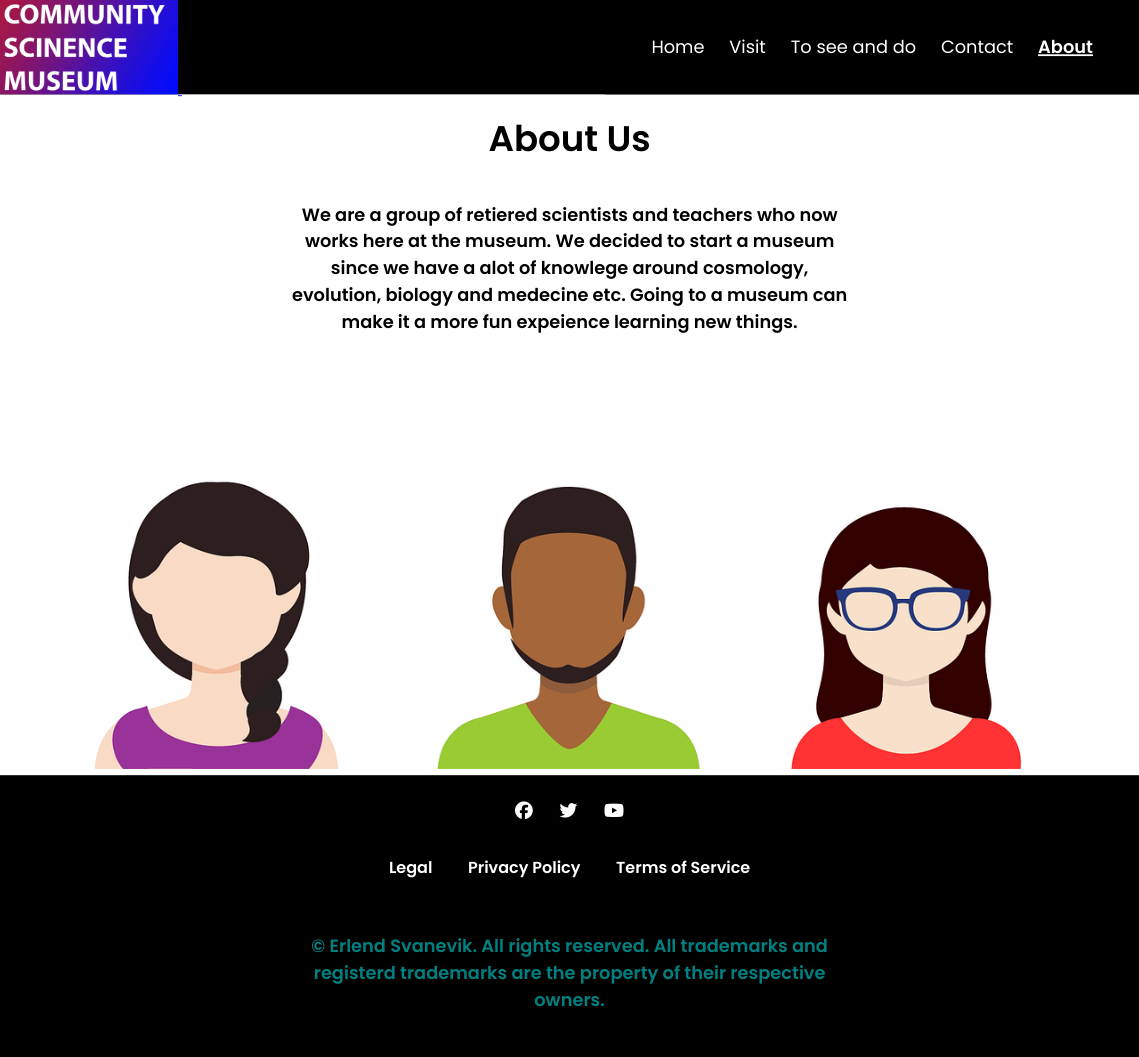
Repository: EpleWasTaken/Semester-Project
Page: about.html
The author's editor kept a copy of each file at every save. The page is drawn from the files as they stood at one save, then again after the next save.
The browser window is 1280 px wide. The pictures show the whole page, at 89% of full size.
Some web libraries are served in a nearby version.

Above is the page before, as saved 2020-12-12 13:20:21.

### about.html
<!DOCTYPE html>
<html lang="en">
<head>
    <meta charset="UTF-8">
    <meta name="viewport" content="width=device-width, initial-scale=1.0">
    <meta name="keywords" content="museum, science museum, community museum">
    <meta name="author" content="Erlend Molvik Svanevik">
    <title>CMS About</title>

    <link rel="preconnect" href="https://fonts.gstatic.com">
    <link href="https://fonts.googleapis.com/css2?family=Poppins:ital,wght@0,100;0,200;0,300;0,400;0,500;0,600;1,100;1,200;1,300;1,400;1,500;1,600&display=swap" rel="stylesheet">
    <link rel="stylesheet" href="./css/styles.css">
    <link rel="stylesheet" href="./css/footer.css">
    <link rel="stylesheet" href="/css/hamburger.css">
    <script src="https://kit.fontawesome.com/cafca22d75.js" crossorigin="anonymous"></script>
</head>


<!--NAVIGAION, LOGO AND SEARCH BAR-->


<body>
    <header>
        <a href="index.html" aria-label="Go to frontpage">
            <img src="/Images/CommunityScienceMuseum.jpg" class="logo" alt="Community Science Museum logo">
        </a>
        <label class="hamburger-label" for="hamburger-menu" aria-label="Hamburger menu for navigation"><i class="fas fa-bars fa-2x"></i></label>
        <input type="checkbox" id="hamburger-menu">
        <nav>
            <ul class="nav">
                <li><a href="index.html" aria-label="Go to home page">Home</a></li>
                <li><a href="visit.html" aria-label="Go to the visit page">Visit</a></li>
                <li><a href="to-see-and-do.html" aria-label="Go to: To see and do">To see and do</a></li>
                <li><a href="contact.html" aria-label="Go to the contact page">Contact</a></li>
                <li><a href="about.html" aria-label="Go to the about page" class="active">About</a></li>
            </ul>
        </nav>
    </header>


<!--CONTENT-->


<main>
    <div class="about-container">
        <div class="about-page">
            <h2>About Us</h2>
            <p>We are a group of retiered scientists and teachers who now works here at the museum.
            We decided to start a museum since we have a alot of knowlege around cosmology, evolution, biology and medecine etc.
            Going to a museum can make it a more fun expeience learning new things.</p>
        </div>
    </div>
    <img src="./Images/Avatar2.png">
</main>


<!--FOOTER, TOS/LEGAL/PRIVACY-POLICY AND SOCIALS-->


    <footer class="footer">
        <div class="footer-container">
            <ul class="footer-social">
                <li>
                    <a href="#0" class="facebook"><i class="fab fa-facebook"></i></a>
                </li>
                <li>
                    <a href="#0" class="twitter"><i class="fab fa-twitter"></i></a>
                </li>
                <li>
                    <a href="#0" class="youtube"><i class="fab fa-youtube"></i></a>
                </li>
            </ul>
        </div>
        <div class="footer-container">
            <div class="footer-legal">
                <a href="#0">Legal</a>
                <a href="#0">Privacy Policy</a>
                <a href="#0">Terms of Service</a>
            </div>
            <div class="footer-copyright">
                <p>&copy; Erlend Svanevik. All rights reserved. All trademarks and registerd trademarks are the property of
                   their respective owners.
                </p>
            </div>
        </div>
    </footer>
</body>
</html>

### css/styles.css
* {
	margin: 0px;
	padding: 0px;
	box-sizing: border-box;
}

body {
	font-family: 'poppins', sans-serif;
	background: white;
}

nav {
	background-color: black;
}

header {
	background: black;
	height: 53.13px;
}

.logo {
	max-width: 100px;
}

a.fas.fa-phone,
a.fas.fa-envelope {
	display: flex;
	justify-content: center;
	align-items: center;
	font-size: 30px;
}

.contact-form {
	display: flex;
	flex-direction: column;
	justify-content: center;
	align-items: center;
	margin: auto;
}

.email {
	display: flex;
}

/* NAVIGATION/HAMBURGER MENU/CLICKEBLE
-------------------------------------------*/

/*PICTURES
-----------------------------------------------*/

.homepic,
.space,
.mammoth,
.people,
.science,
.ant {
	width: auto;
	max-width: 100%;
	height: auto;
	margin-bottom: 3vh;
}

/*TEXT/FONT/TEXT ALIGNMENY
--------------------------------------------------*/

h1 {
	display: flex;
	align-items: center;
	justify-content: center;
	margin-left: auto;
	margin-right: auto;
	font-weight: 600;
	font-size: 30px;
	margin: 40px;
	text-align: center;
}

h2 {
	display: flex;
	align-items: center;
	justify-content: center;
	margin-left: auto;
	margin-right: auto;
	font-weight: 600;
	font-size: 25px;
	margin: 40px;
	text-align: center;
}

h3 {
	display: flex;
	align-items: center;
	justify-content: center;
	font-weight: 600;
	font-size: 20px;
	margin: 40px;
	text-align: center;
}

p {
	display: flex;
	align-items: center;
	justify-content: center;
	font-weight: 600;
	font-size: 15px;
	margin: 40px;
	max-width: 70%;
	margin-left: auto;
	margin-right: auto;
	text-align: center;
}

.open-hours p {
	margin: 20px;
	margin-left: auto;
	margin-right: auto;
	align-items: center;
	justify-content: center;
	text-align: center;
}

.contact-container {
	display: flex;
	flex-direction: row;
	align-items: center;
}

.mail {
	display: flex;
	justify-content: center;
	align-items: center;
}

@media screen and (min-width: 1024px) {
	body {
		font-family: 'poppins', sans-serif;
		font-weight: 400;
	}

	header {
		height: 106.25px;
	}

	.logo {
		max-width: 200px;
	}

	.homepic {
		display: flex;
		flex-direction: column;
		justify-content: center;
		align-items: center;
		max-width: 1664px;
		margin-left: auto;
		margin-right: auto;
	}

	h1,
	h2,
	h3,
	p {
		display: flex;
		align-items: center;
		justify-content: center;
	}

	h1 {
		font-size: 60px;
		margin: 40px;
	}

	h2 {
		font-size: 40px;
		margin: 20px;
	}

	h3 {
		font-size: 30px;
		margin: 15px;
	}

	p {
		font-size: 20px;
		margin: 40px;
		max-width: 50%;
		margin-left: auto;
		margin-right: auto;
	}

	.space,
	.mammoth,
	.people,
	.science,
	.ant {
		display: flex;
		left: 0;
		right: 0;
		max-width: 800px;
		justify-content: center;
		align-items: center;
		margin: auto;
		padding: 4vh;
	}
}

### css/footer.css
/* FOOTER */

* {
	padding: 0;
	margin: 0;
	box-sizing: border-box;
}

footer {
	display: flex;
	flex-direction: column;
	justify-content: center;
	align-items: center;
	background-color: black;
	font-family: 'Poppins', sans-serif;
	font-weight: 600;
	padding: 10px;
}

.footer-container {
	display: flex;
	flex-direction: column;
	justify-content: center;
	align-items: center;
}

.footer-social {
	font-size: 35px;
}

.footer-social li a {
	color: white;
}

.footer-legal {
	display: flex;
	flex-direction: column;
	text-decoration: none;
	align-items: center;
	justify-content: center;
	font-size: 20px;
}

.footer-legal a {
	display: flex;
	text-decoration: none;
	flex-direction: row;
	padding: 15px;
}

.footer-social li a.facebook:hover {
	color: #3b5998;
}

.footer-social li a.twitter:hover {
	color: #00acee;
}

.footer-social li a.youtube:hover {
	color: #c4302b;
}

.footer-legal a {
	color: white;
}

.footer-legal a:hover {
	color: #008080;
}

.footer-copyright {
	display: flex;
	flex-direction: column;
	text-decoration: none;
	justify-content: center;
	align-items: center;
	text-align: center;
	font-size: 14px;
	color: #008080;
}

ul {
	list-style: none;
}

@media screen and (min-width: 1024px) {
	.footer-legal {
		display: flex;
		flex-direction: row;
		justify-content: center;
		align-items: center;
		font-size: 18px;
	}

	.footer-legal a {
		display: flex;
		flex-direction: row;
		justify-content: center;
		align-items: center;
		padding: 20px;
	}

	.footer-social {
		display: flex;
		flex-direction: row;
		justify-content: center;
		align-items: center;
		text-decoration: none;
	}

	.footer-container {
		text-decoration: none;
	}

	.footer-social li {
		display: flex;
		flex-direction: row;
		text-decoration: none;
		margin: 15px;
	}
}

### css/hamburger.css
* {
	margin: 0px;
	padding: 0px;
	box-sizing: border-box;
}

nav,
#hamburger-menu {
	display: none;
	z-index: 1;
}

nav ul {
	padding: 0px;
}

nav li {
	display: block;
}

ul a {
	margin: 40px;
	font-size: 20px;
}

nav a {
	text-decoration: none;
	color: white;
	display: block;
	justify-content: center;
	align-items: center;
}

.nav {
	display: block;
	position: absolute;
	justify-content: space-between;
	right: 0;
	width: 50%;
	background-color: black;
	text-align: center;
	top: 0;
}

.hamburger-label {
	color: #fff;
	padding: 10px;
	font: 1.5em;
	display: block;
	position: absolute;
	right: 0;
	top: 0px;
	z-index: 1;
}

.active {
	font-weight: 600;
	text-decoration: underline;
}

#hamburger-menu:checked ~ nav {
	display: flex;
}

@media screen and (min-width: 1024px) {
	nav {
		display: inline-block;
	}

	.active {
		font-weight: 600;
		text-decoration: underline;
	}

	.hamburger-label {
		display: none;
	}

	nav ul {
		padding: 0px;
		color: #fff;
		font: 1.5em;
		display: flex;
		position: absolute;
		right: 0;
		top: 0px;
		min-width: 600px;
		align-items: center;
		padding: 38px;
	}

	nav li {
		display: block;
	}

	nav a {
		text-decoration: none;
		color: white;
		display: block;
	}

	.nav {
		display: flex;
		justify-content: space-around;
		text-decoration: none;
		background-color: black;
		height: auto;
		width: auto;
		margin: auto;
	}

	ul a {
		margin: auto;
	}
}

After the next save:
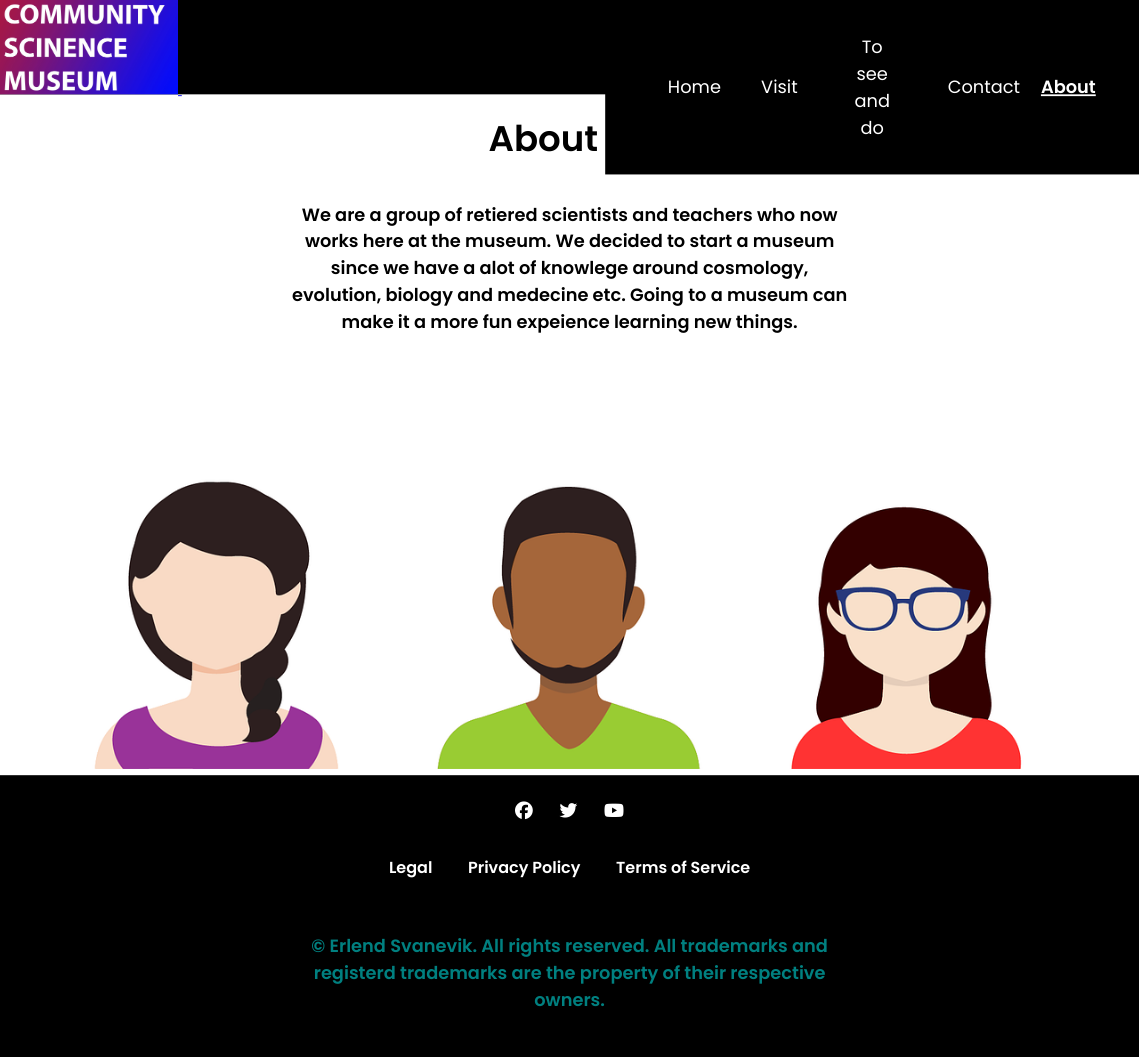
Saved 28 s later.
--- a/css/hamburger.css
+++ b/css/hamburger.css
@@ -97,6 +97,7 @@
 		text-decoration: none;
 		color: white;
 		display: block;
+		max-width: 40px;
 	}
 
 	.nav {

After the 2 saves that followed:
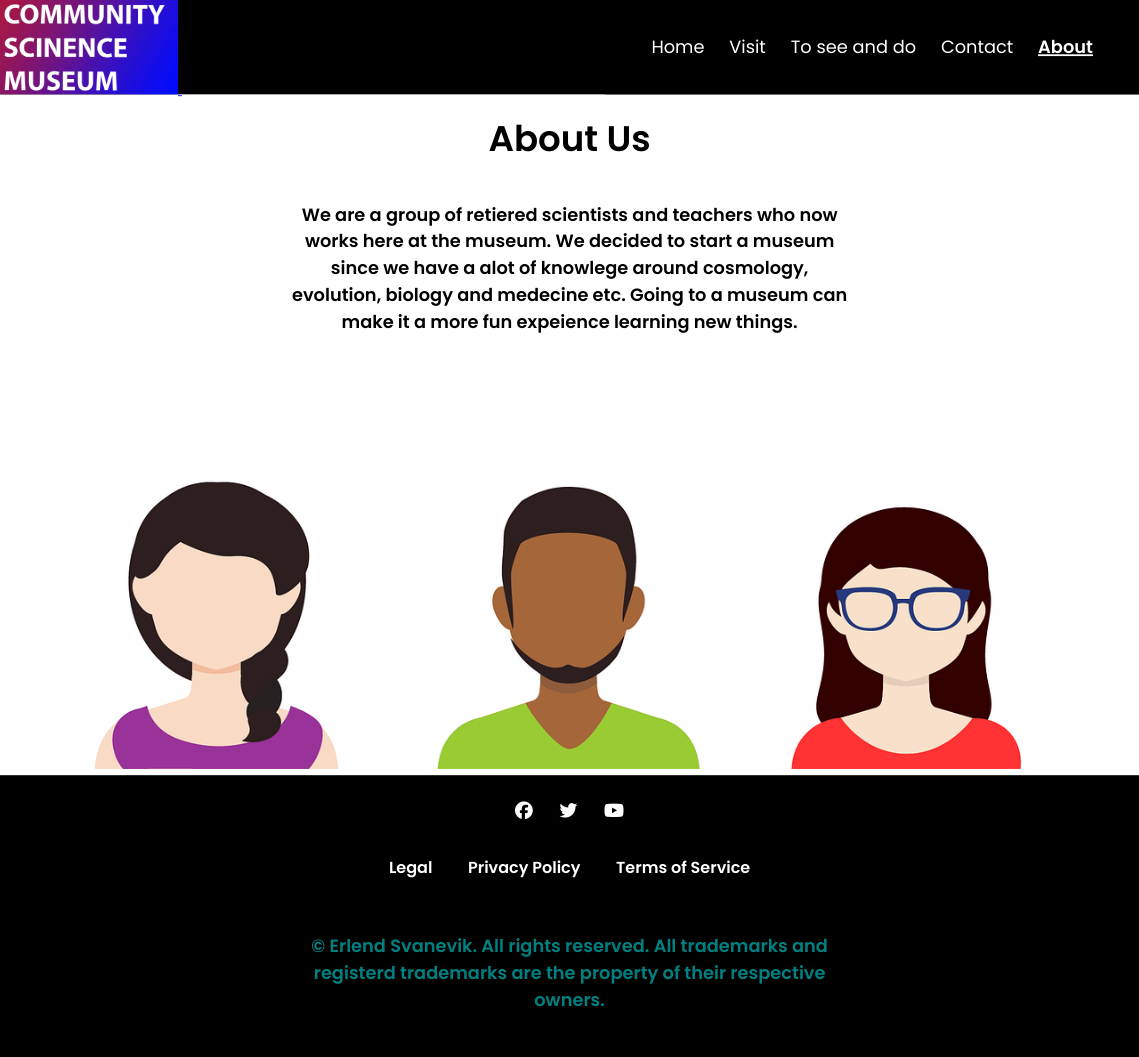
The 2 saves are shown as one change because 1 left the picture as it was.
The last was saved 82 s later.
--- a/css/hamburger.css
+++ b/css/hamburger.css
@@ -97,7 +97,6 @@
 		text-decoration: none;
 		color: white;
 		display: block;
-		max-width: 40px;
 	}
 
 	.nav {
